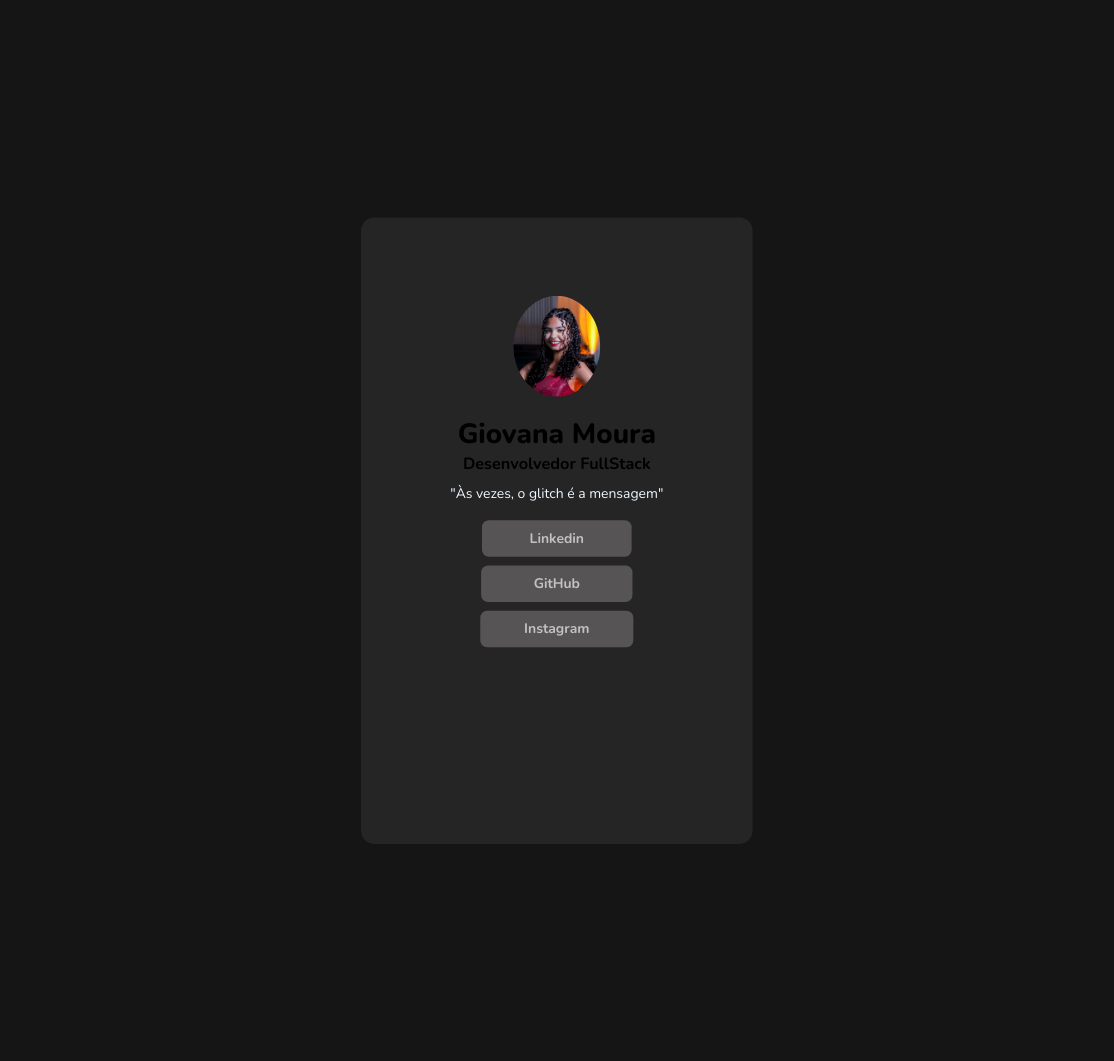
Repository: gimoli/linktree-giovana
Page: index.html
These files come from the project's save history. The page is drawn as it stood at one moment and after the next save; the edit follows.
The browser window is 1280 px wide. The pictures show the whole page, at 87% of full size.

Above is the page before, as saved 2025-04-11 09:01:57.

After the next save:
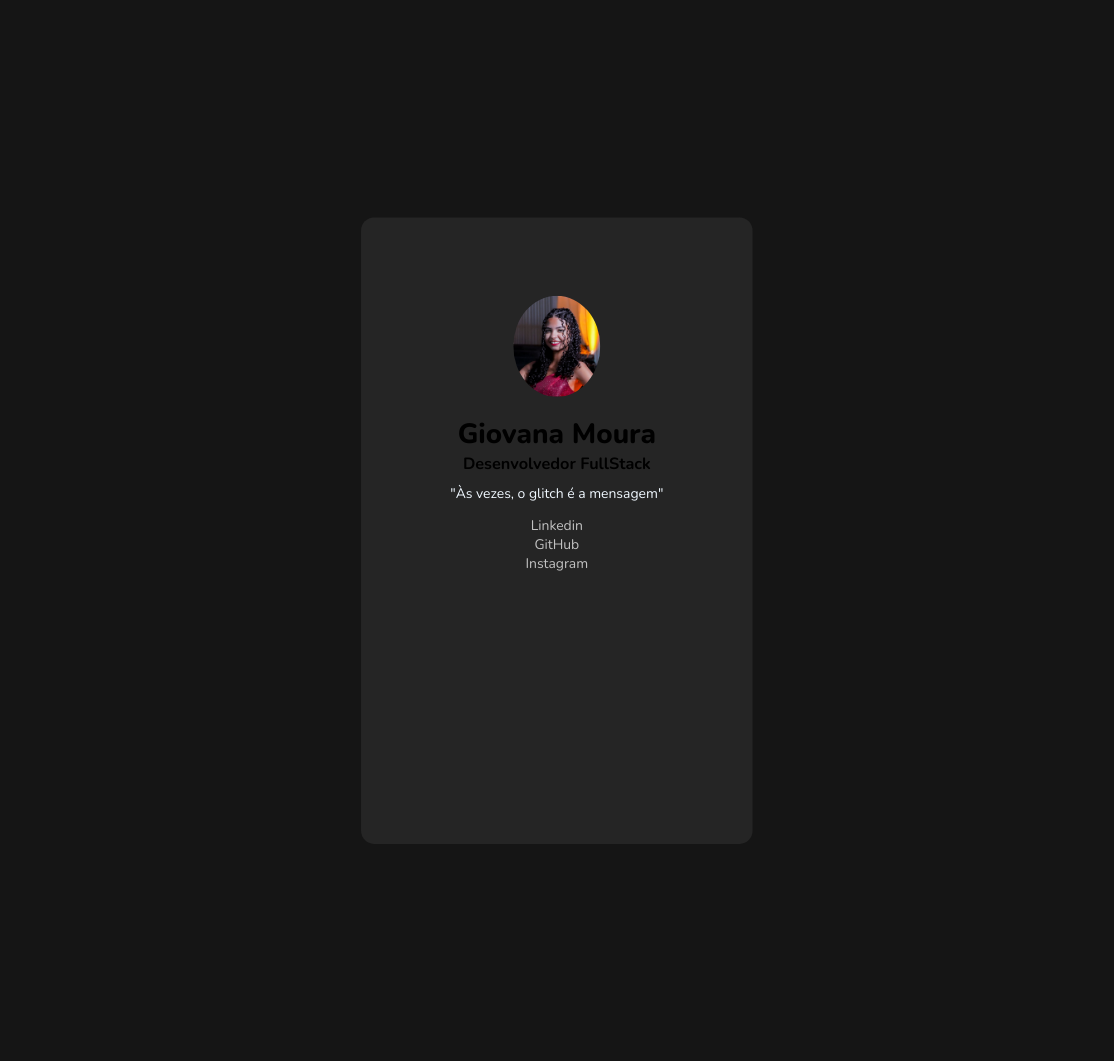
Saved 32 s later.
--- a/style.css
+++ b/style.css
@@ -56,54 +56,3 @@ body {
     text-decoration: none;
     color: rgb(194, 194, 194);
 }
-
-.botao-linktree-1 {
-    display: inline-block;
-    padding: 10px 55px;
-    margin: 5px 0;
-    background-color: #575455; /* cor do Instagram */
-    color: white;
-    text-decoration: none;
-    border-radius: 8px;
-    font-weight: bold;
-    text-align: center;
-    transition: background-color 0.3s ease;
-  }
-
-  .botao-linktree-1:hover {
-    background-color: #c1275b;
-  }
-
-  .botao-linktree-2 {
-    display: inline-block;
-    padding: 10px 60px;
-    margin: 5px 0;
-    background-color: #575455; /* cor do Instagram */
-    color: white;
-    text-decoration: none;
-    border-radius: 8px;
-    font-weight: bold;
-    text-align: center;
-    transition: background-color 0.3s ease;
-  }
-
-  .botao-linktree-2:hover {
-    background-color: #c1275b;
-  }
-
-  .botao-linktree-3 {
-    display: inline-block;
-    padding: 10px 50px;
-    margin: 5px 0;
-    background-color: #575455; /* cor do Instagram */
-    color: white;
-    text-decoration: none;
-    border-radius: 8px;
-    font-weight: bold;
-    text-align: center;
-    transition: background-color 0.3s ease;
-  }
-
-  .botao-linktree-3:hover {
-    background-color: #c1275b;
-  }
